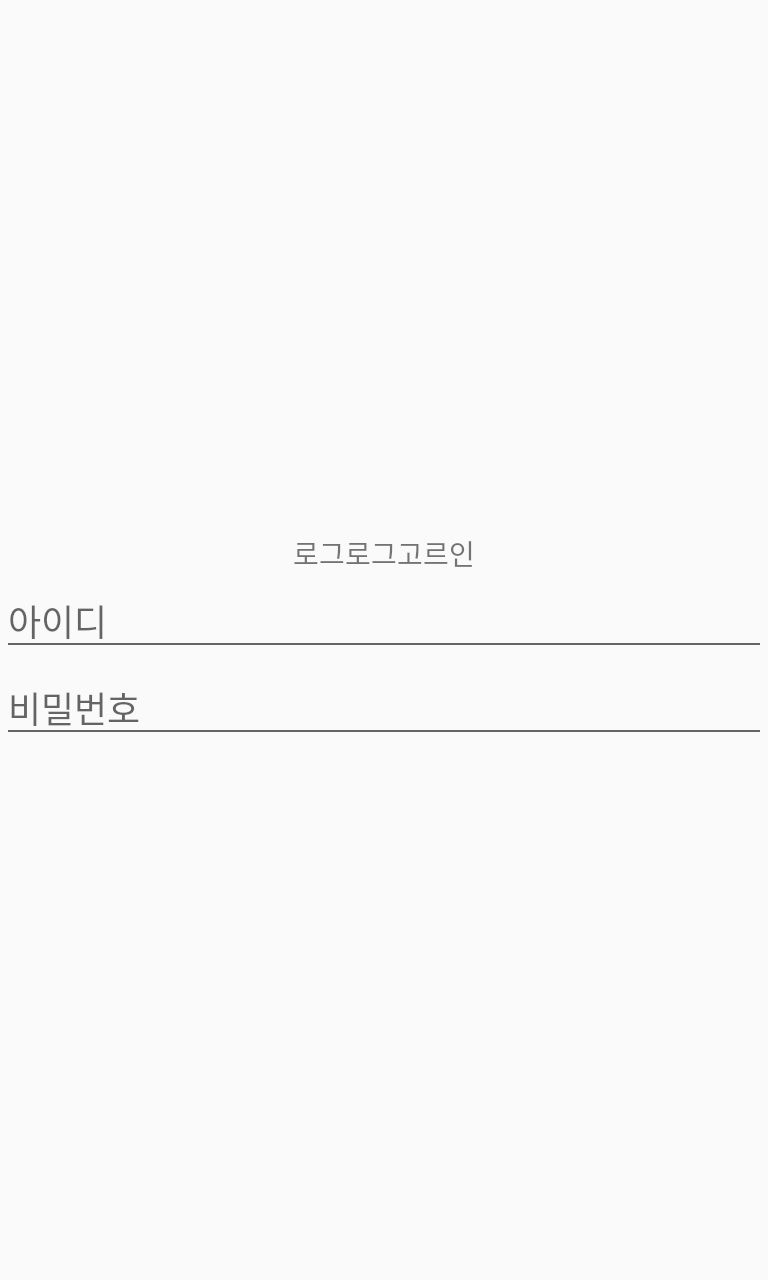
Repository: tae-jun/android
Layout: h1024_MulitipleActivities/res/layout/activity_main.xml
These files come from the project's save history. The layout is drawn as it stood at one moment and after the next save; the edit follows.
It is drawn on a 768 x 1280 px phone screen (xhdpi) without system bars, with theme AppTheme; the app's code is not run.

Above is the layout before, as saved 2014-10-23 14:33:27.

After the next save:
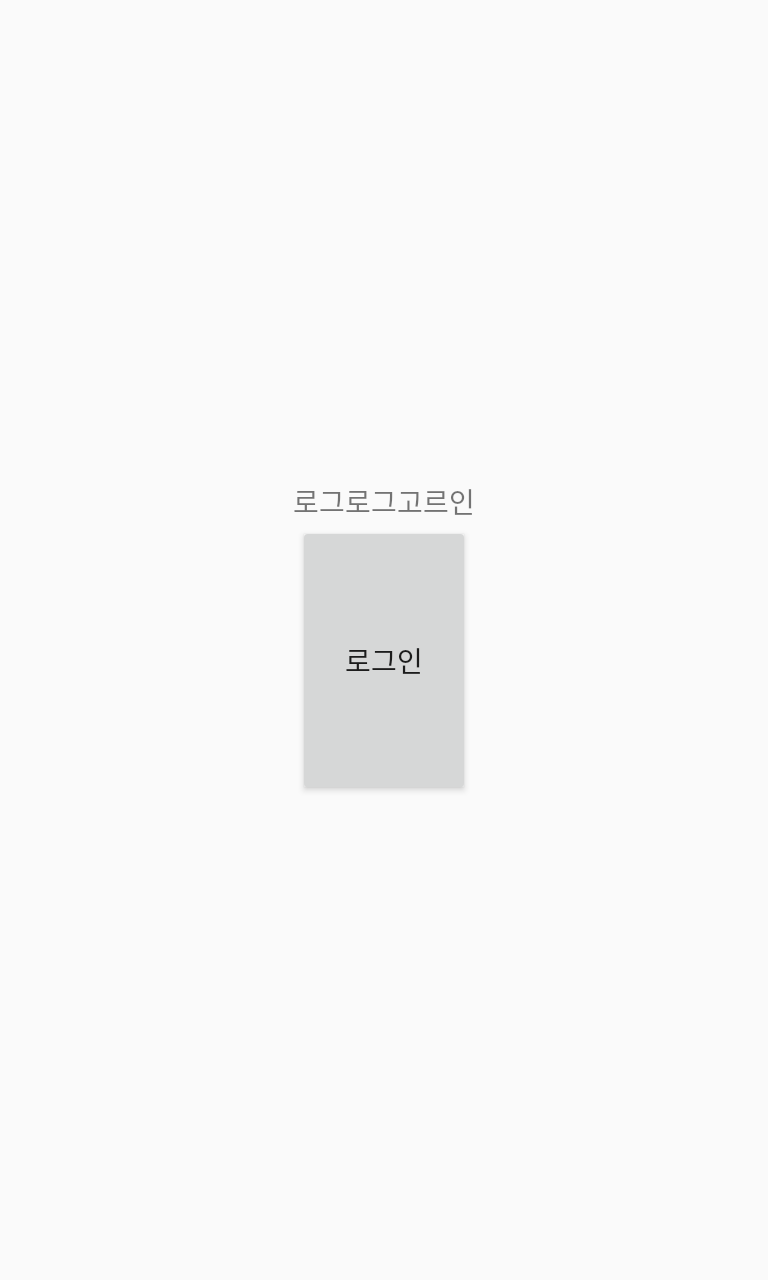
Saved 50 s later.
--- a/h1024_MulitipleActivities/res/layout/activity_main.xml
+++ b/h1024_MulitipleActivities/res/layout/activity_main.xml
@@ -19,13 +19,14 @@
         android:orientation="horizontal" >
 
         <LinearLayout
-            android:layout_width="match_parent"
+            android:layout_width="wrap_content"
             android:layout_height="wrap_content"
             android:orientation="vertical" >
 
             <EditText
-                android:layout_width="match_parent"
+                android:layout_width="0dp"
                 android:layout_height="wrap_content"
+                android:layout_weight="1"
                 android:hint="아이디" />
 
             <EditText
